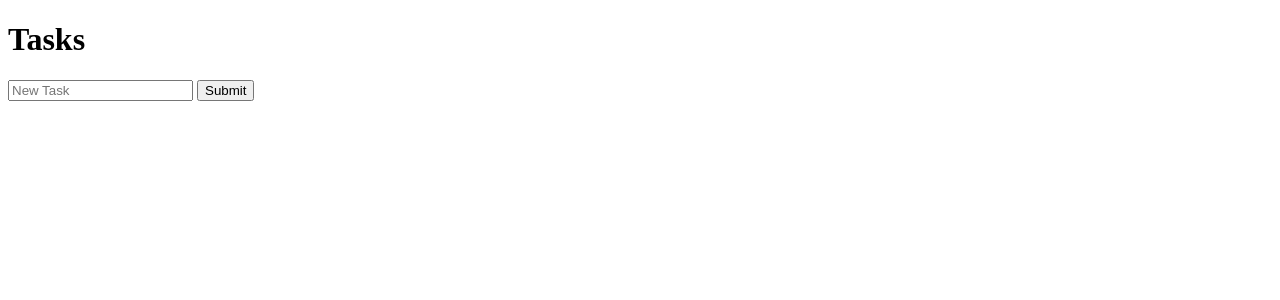
Repository: sofia123776/WEBPROGRAMMING
Page: task.html
An editor plug-in stored every save of this project. The page is shown before and after the next save, followed by the edit.
The browser window is 1280 px wide. The pictures show the whole page.

Above is the page before, as saved 2025-11-09 22:33:53.

After the next save:
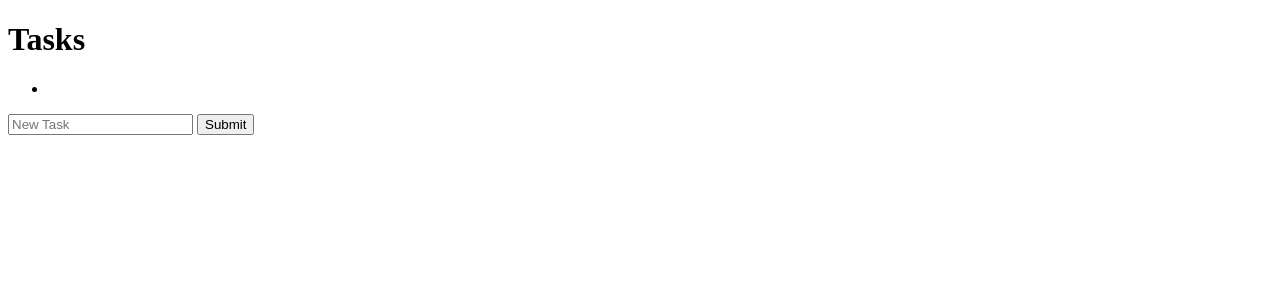
Saved 83 s later.
--- a/task.html
+++ b/task.html
@@ -25,7 +25,9 @@
 </head>
 <body>
     <h1>Tasks</h1>
-    <ul id = "tasks"></ul>
+    <ul>
+        <li id = "tasks"></li>
+    </ul>
 
     <form >
         <input id = "task" placeholder="New Task" type="text">

After the save that followed:
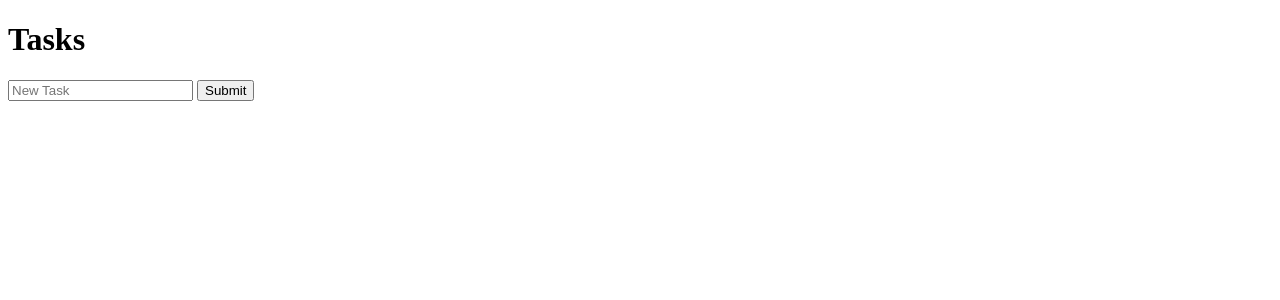
Saved 4 min 24 s later.
--- a/task.html
+++ b/task.html
@@ -7,10 +7,12 @@
     <script>
         document.addEventListener('DOMContentloaded', function() {
             document.querySelector('form').onsubmit = function() {
-                const li = document.querySelector('li').value;
+                const task  = document.querySelector('#task').value;
+
+                const li  = document.querySelector('li');
 
                 Document.createElement('li');
-                li.innerHtml = tasks;
+                li.innerHtml = task;
 
                 document.querySelector('#tasks').append('li');
 
@@ -25,8 +27,8 @@
 </head>
 <body>
     <h1>Tasks</h1>
-    <ul>
-        <li id = "tasks"></li>
+    <ul id = "tasks" >
+
     </ul>
 
     <form >
